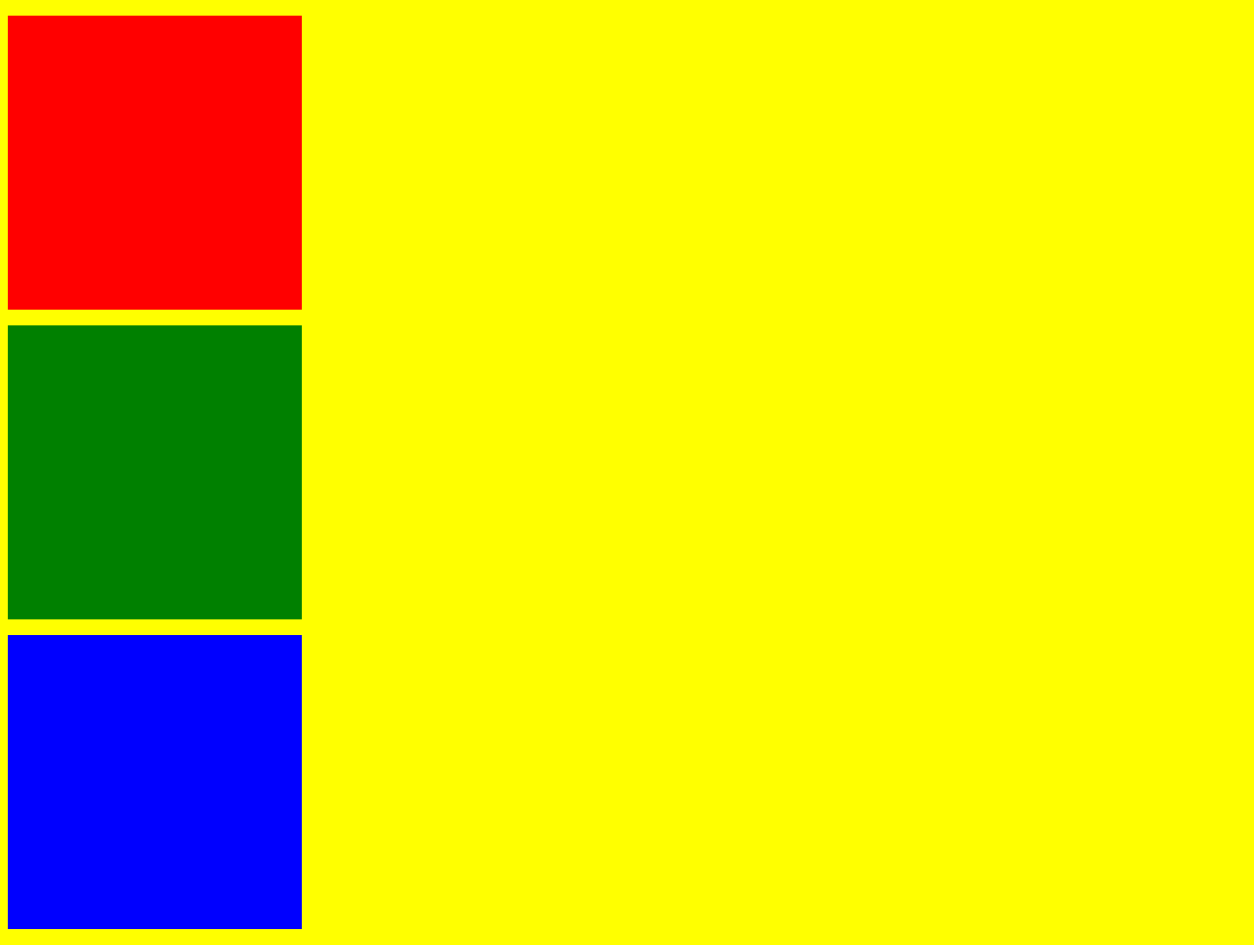
Repository: MicTomm/corso-frontend
Page: HTML/prova2/css.html
These files come from the project's save history. The page is drawn as it stood at one moment and after the next save; the edit follows.
The browser window is 1280 px wide. The pictures show the whole page, at 98% of full size.

Above is the page before, as saved 2023-11-08 15:26:01.

### HTML/prova2/css.html
<!DOCTYPE html>
<html lang="en">
<head>
  <meta charset="UTF-8">
  <meta name="viewport" content="width=device-width, initial-scale=1.0">
  <title>Document</title>
  <link rel="stylesheet" href="style.css">
</head>
<body>

  <div id="uno"></div>
  <div id="due"></div>
  <div id="tre"></div>

</body>
</html>

### HTML/prova2/style.css
body {
  background-color: yellow;
}

div {
  height: 300px;
  width: 300px;
  margin: 1rem 0;
}

#uno {
  background-color: red;
}

#due {
  background-color: green;
}

#tre {
  background-color: blue;
}

After the next save:
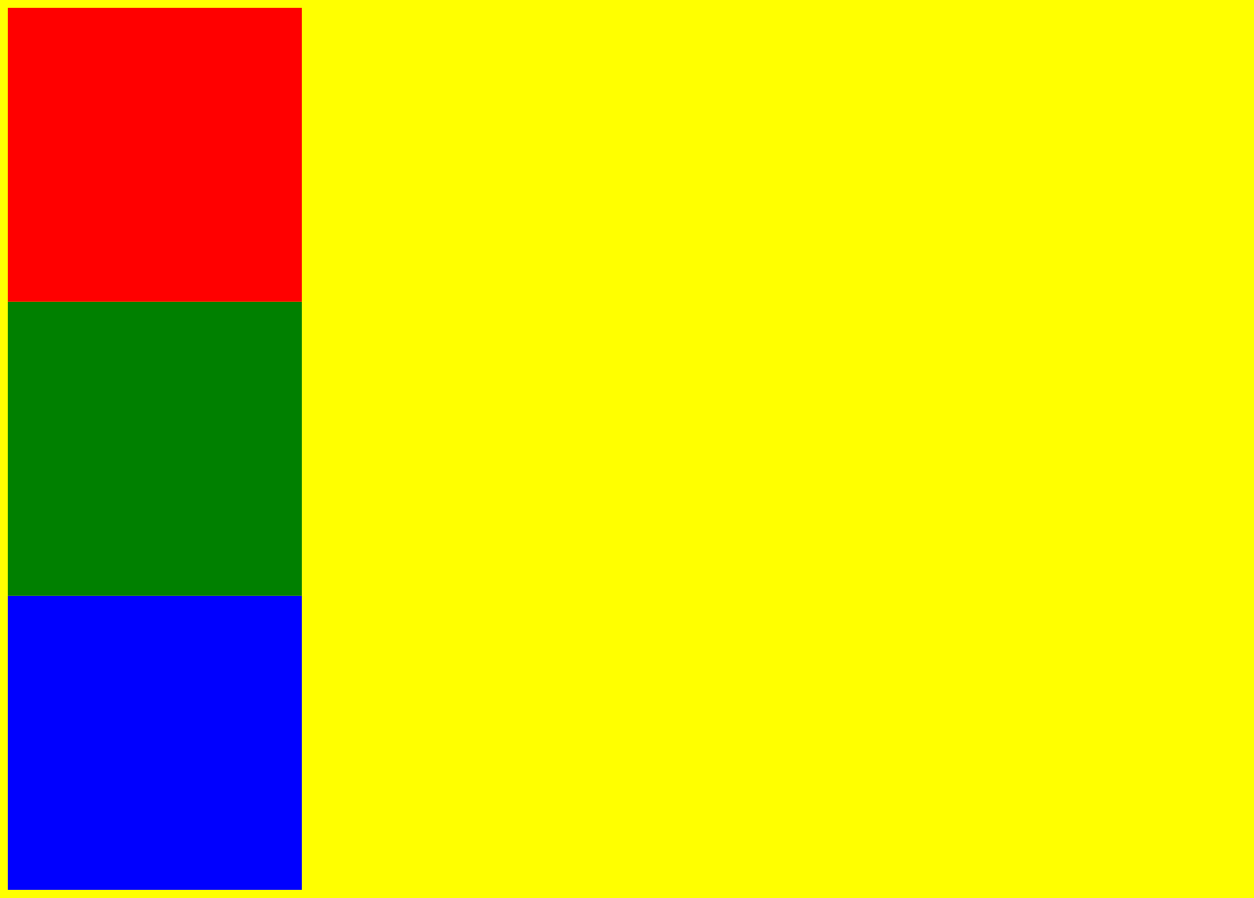
Saved 42 min 6 s later.
--- a/HTML/prova2/style.css
+++ b/HTML/prova2/style.css
@@ -5,7 +5,6 @@
 div {
   height: 300px;
   width: 300px;
-  margin: 1rem 0;
 }
 
 #uno {
